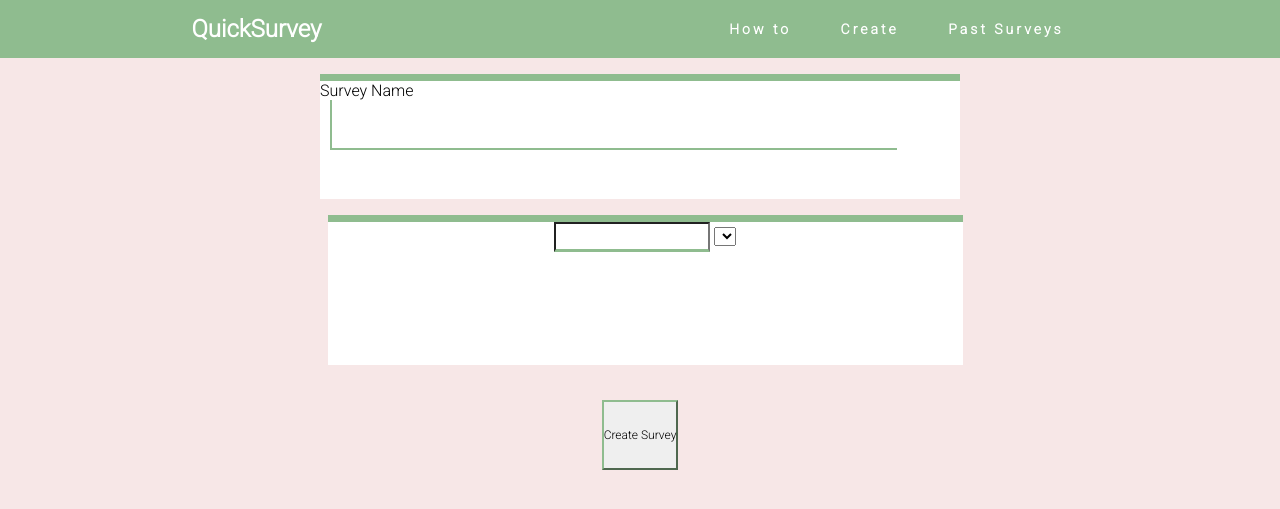
Repository: cakuang1/QuickSurvey
Page: create.html
An editor plug-in stored every save of this project. The page is shown before and after a run of saves, followed by the edit.
The browser window is 1280 px wide. The pictures show the whole page.
Some web libraries are served in a nearby version.

Above is the page before, as saved 2022-01-08 22:54:13.

After the next 4 saves:
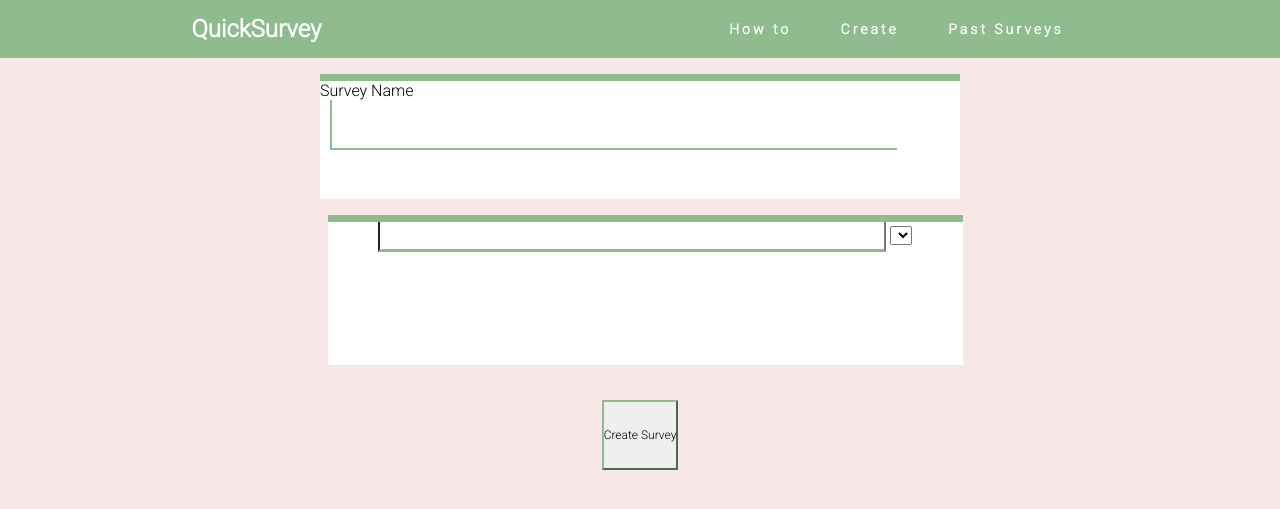
The 4 saves are shown as one change because they came seconds apart.
The last was saved 11 s later.
--- a/style.css
+++ b/style.css
@@ -147,7 +147,7 @@ ol li {
 .formdiv .inps{
     height: 30px;
     border-bottom: solid darkseagreen;
-    border
+    border-top: none;
     width: 80%;
 
 
